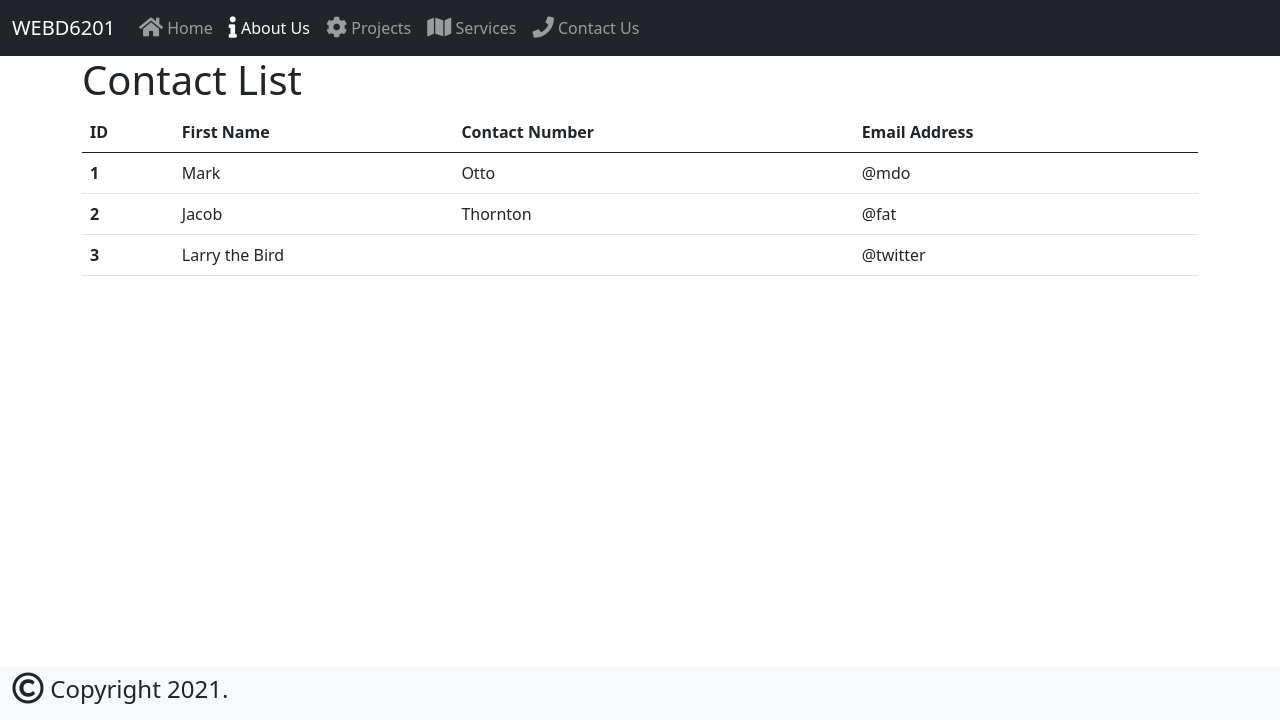
Repository: MuzhdaEhsan/WEBD6201-W2021-Lab1
Page: contact-list.html
The author's editor kept a copy of each file at every save. The page is drawn from the files as they stood at one save, then again after the next save.
The browser window is 1280 px wide. The pictures show the whole page.

Above is the page before, as saved 2021-01-28 09:52:16.

### contact-list.html
<!DOCTYPE html>
<html lang="en">
<head>
    <meta charset="UTF-8">
    <meta name="viewport" content="width=device-width, initial-scale=1.0">
    <title>Contact List</title>
    <!-- CSS Section -->
    <link rel="stylesheet" href="./node_modules/bootstrap/dist/css/bootstrap.min.css">
    <link rel="stylesheet" href="./node_modules/@fortawesome/fontawesome-free/css/all.min.css">
    <link rel="stylesheet" href="./Content/app.css">
</head>
<body>
    <!-- Main Header -->
    <header>
        <!-- Main Navigation -->
        <nav class="navbar navbar-expand-lg navbar-dark bg-dark">
            <div class="container-fluid">
              <a class="navbar-brand" href="index.html">WEBD6201</a>
              <button class="navbar-toggler" type="button" data-bs-toggle="collapse" data-bs-target="#navbarSupportedContent" aria-controls="navbarSupportedContent" aria-expanded="false" aria-label="Toggle navigation">
                <span class="navbar-toggler-icon"></span>
              </button>
              <div class="collapse navbar-collapse" id="navbarSupportedContent">
                <ul class="navbar-nav me-auto mb-2 mb-lg-0">
                  <li class="nav-item">
                    <a class="nav-link" aria-current="page" href="index.html"><i class="fas fa-home fa-lg"></i> Home</a>
                  </li>

                  <li class="nav-item">
                    <a class="nav-link active" aria-current="page" href="about.html"><i class="fas fa-info fa-lg"></i> About Us</a>
                  </li>

                  <li class="nav-item">
                    <a class="nav-link" aria-current="page" href="projects.html"><i class="fas fa-cog fa-lg"></i> Projects</a>
                  </li>

                  <li class="nav-item">
                    <a class="nav-link" aria-current="page" href="services.html"><i class="fas fa-map fa-lg"></i> Services</a>
                  </li>

                  <li class="nav-item">
                    <a class="nav-link" aria-current="page" href="contact.html"><i class="fas fa-phone fa-lg"></i> Contact Us</a>
                  </li>
                </ul>
              </div>
            </div>
          </nav>
    </header>

    <!-- Main Content -->
    <main class="container">
        <h1>Contact List</h1>

        <div class="col">
          <table class="table">
            <thead>
              <tr>
                <th scope="col">ID</th>
                <th scope="col">First Name</th>
                <th scope="col">Contact Number</th>
                <th scope="col">Email Address</th>
              </tr>
            </thead>
            <tbody>
              <tr>
                <th scope="row">1</th>
                <td>Mark</td>
                <td>Otto</td>
                <td>@mdo</td>
              </tr>
              <tr>
                <th scope="row">2</th>
                <td>Jacob</td>
                <td>Thornton</td>
                <td>@fat</td>
              </tr>
              <tr>
                <th scope="row">3</th>
                <td colspan="2">Larry the Bird</td>
                <td>@twitter</td>
              </tr>
            </tbody>
          </table>
        </div>
    </main>

    <!-- Main Footer -->
    <footer>
        <nav class="navbar fixed-bottom navbar-light bg-light">
            <div class="container-fluid">
              <h4><i class="far fa-copyright fa-lg"></i> Copyright 2021.</h4>
            </div>
          </nav>
    </footer>

    <!-- Script Section-->
    <script src="./node_modules/jquery/dist/jquery.min.js"></script>
    <script src="./node_modules/bootstrap/dist/js/bootstrap.bundle.min.js"></script>
    <script src="./Scripts/contact.js"></script>
    <script src="./Scripts/app.js"></script>
</body>
</html>

### Scripts/contact.js

"use strict";
// contact class
class Contact
{
  // getters and Setters for private variables
  get FullName()
  {
    return this.m_fullName;
  }
  set FullName(value)
  {
    this.m_fullName = value;
  }
  get ContactNumber()
  {
    return this.m_contactNumber;
  }
  set ContactNumber(value)
  {
    this.m_contactNumber = value;
  }
  get EmailAddress()
  {
    return this.m_emailAddress;
  }
  set EmailAddress(value)
  {
    this.m_emailAddress = value;
  }

  // constructor
  /**
   *
   * @param {string} fullName
   * @param {string} contactNumber
   * @param {string} emailAddress
   */
  constructor(fullName = "", contactNumber = "", emailAddress = "")
  {
    this.FullName = fullName;
    this.ContactNumber = contactNumber;
    this.EmailAddress = emailAddress;
  }
  /**
   * this method override the built-in toString for the Contact class
   * @returns {string}
   */
  toString()
  {
    return `Full Name:     ${this.m_fullName}\nContact Number: ${this.m_contactNumber}\nEmail Address: ${this.m_emailAddress}`;
  }

  /**
   * this method returns a json object
   */
  toJSON()
  {
    return{
      "fullName": this.FullName,
      "contactNumber": this.ContactNumber,
      "emailAddress": this.EmailAddress
    }
  }

  /**
   * this method converts the contact into a comma separated value string
   * @params {string}
   */
  serialize()
  {

    if (this.fullName !== "" && this.ContactNumber !== "" && this.EmailAddress !== "")
    {
      return `${this.FullName},${this.ContactNumber},${this.EmailAddress}`;
    }

    else
    {
      console.error("One or more properties are empty!");
      return null;
    }

  }
/**
 * this method takes the comma separated data string and assigns the values to the contact class properties
 * @param {string} data
 * @return {void}
 */
  deserialize(data)
  {
    let propertyArray = data.split(",");
    this.FullName = propertyArray[0];
    this.ContactNumber = propertyArray[1];
    this.EmailAddress = propertyArray[2];
  }
}

### Scripts/app.js
/* custom JavaScript goes here */

//IIFE - Immediately Invoked Function Expression
//AKA - Anonymous Self-Executing Function
//Closure - limits scope leak

"use strict";

let myContact =
{
  "firstName":"Muzhda",
  "contactNumber":"234234",
  "emailAddress":"muzhda@gmail.com",
  "saysHello":function()
  {
    console.log(`${fullName} says Hello`);
  },
  "someOtherObject": {
    "friendsList": [
      "Peter Parker", "Tony Stark", "Stephen Strange"
    ]
  }
};


(function()
{
    function displayHome()
    {
        let paragraphOneText =
          "This is a simple site to demonstrate DOM Manipulation for ICE 1";

        let paragraphOneElement = document.getElementById("paragraphOne");

        paragraphOneElement.textContent = paragraphOneText;
        paragraphOneElement.className = "fs-5";

        // Step 1. document.createElement
        let newParagraph = document.createElement("p");
        // Step 2. configure the element
        newParagraph.setAttribute("id", "paragraphTwo");
        newParagraph.textContent = "...And this is paragraph two";
        // Step 3. select the parent element
        let mainContent = document.getElementsByTagName("main")[0];
        // Step 4. Add / Insert the element
        mainContent.appendChild(newParagraph);

        newParagraph.className = "fs-6";

        // another way of injecting content
        let paragraphDiv = document.createElement("div");
        let paragraphThree = `<p id="paragraphThree" class="fs-7 fw-bold">And this is the Third Paragraph</p>`;
        paragraphDiv.innerHTML = paragraphThree;

        // insertions

        // example of inserting before a node
        //newParagraph.before(paragraphDiv);

        // example of inserting after a node
        newParagraph.after(paragraphDiv);

        // deletions

        // example of removing a single element
        //paragraphOneElement.remove();

        // example of removeChild
        mainContent.removeChild(paragraphOneElement);

        // update / modification
        //mainContent.firstElementChild.textContent = "Welcome Home!";

        mainContent.innerHTML = `<h1 id="firstHeading">Welcome to WEBD6201 - Lab 1</h1>
         <p id="paragraphOne" class="fs-3 fw-bold">This is my first Paragraph</p>
        `;

    }

    function displayAbout()
    {

    }

    function displayProjects()
    {

    }

    function displayServices()
    {

    }

    function displayContact()
    {
        let messageArea = document.getElementById("messageArea");
        messageArea.hidden = true;

        // form validation
        let fullName = document.getElementById("fullName");
        fullName.addEventListener("blur", function() {
            if(fullName.value.length < 2)
            {
                fullName.focus();
                fullName.select();
                messageArea.hidden = false;
                messageArea.className = "alert alert-danger";
                messageArea.textContent = "Please enter an appropriate Name";
            }
            else
            {
                messageArea.removeAttribute("class");
                messageArea.hidden = true;
            }
        });

        let sendButton = document.getElementById("sendButton");
        sendButton.addEventListener("click", function(event){
           // event.preventDefault();

            let contact = new Contact(fullName.value, contactNumber.value, emailAddress.value);

            if(contact.serialize())
            {
              localStorage.setItem((localStorage.length + 1).toString(), contact.serialize());

            }

            //console.log(contact.toString());
            //console.log(contact.serialize());
        });
    }

    function displayContactList()
    {
      if(localStorage.length <0)
      {
        let contactList = document.getElementById("contactList");
        let data = "";
        for (let index = 1; index < localStorage -1; index++){
          let contactData = localStorage.getItem((index +1).toString());
          let contact = new Contact();
          contact.deserialize(contactData);

          data += `<tr>
          <th scope="row">${index+1}</th>
          <td>${contact.FullName}</td>
          <td>${contact.ContactNumber}</td>
          <td>${contact.EmailAddress}</td>
          <tr>`;
        }

        contactList.innerHTML = data;

      }


    }

    function Start()
    {
        console.log("App Started...");

        switch (document.title)
        {
          case "Home":
              displayHome();
            break;
          case "About":
              displayAbout();
            break;
          case "Projects":
              displayProjects();
            break;
          case "Services":
              displayServices();
            break;
          case "Contact":
              displayContact();
            break;
            case "Contact":
              displayContactList();
            break;
        }

    }

    window.addEventListener("load", Start);

})();

Loaded but not shown: node_modules/bootstrap/dist/css/bootstrap.min.css (library); node_modules/@fortawesome/fontawesome-free/css/all.min.css (library); Content/app.css (common file); node_modules/jquery/dist/jquery.min.js (library); node_modules/bootstrap/dist/js/bootstrap.bundle.min.js (library)

After the next save:
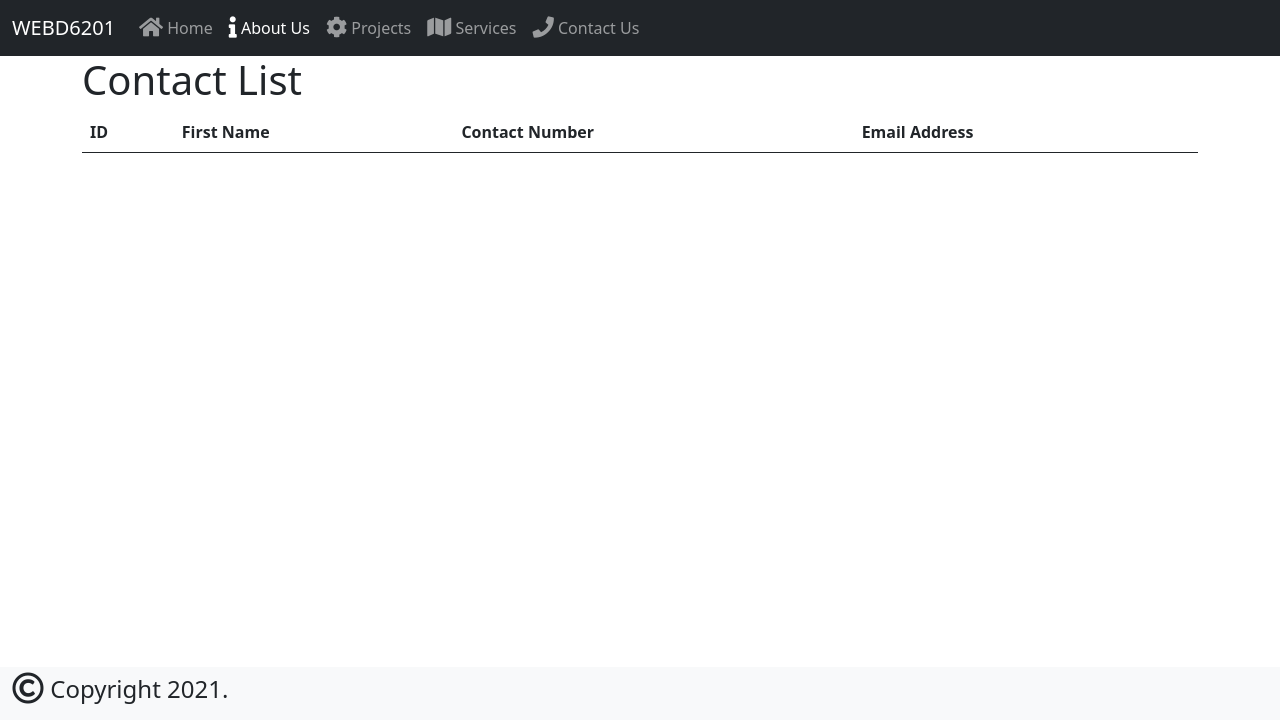
Saved 34 s later.
--- a/contact-list.html
+++ b/contact-list.html
@@ -61,23 +61,8 @@
               </tr>
             </thead>
             <tbody>
-              <tr>
-                <th scope="row">1</th>
-                <td>Mark</td>
-                <td>Otto</td>
-                <td>@mdo</td>
-              </tr>
-              <tr>
-                <th scope="row">2</th>
-                <td>Jacob</td>
-                <td>Thornton</td>
-                <td>@fat</td>
-              </tr>
-              <tr>
-                <th scope="row">3</th>
-                <td colspan="2">Larry the Bird</td>
-                <td>@twitter</td>
-              </tr>
+
+
             </tbody>
           </table>
         </div>
